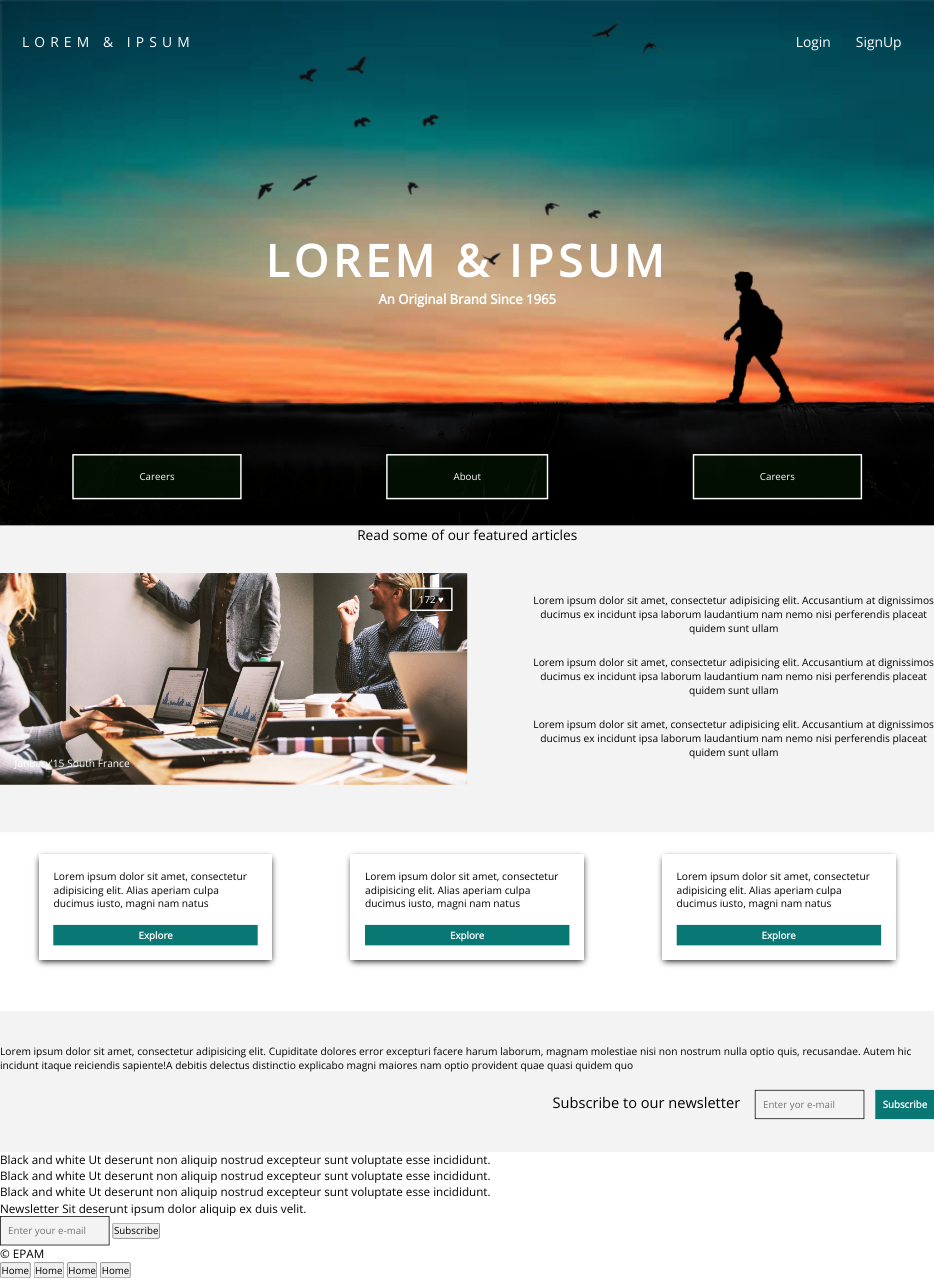
Repository: M1shkaBear/FLX
Page: FLX_homework_4/homework/index.html
An editor plug-in stored every save of this project. The page is shown before and after the next save, followed by the edit.
The browser window is 1280 px wide. The pictures show the whole page, at 73% of full size.

Above is the page before, as saved 2019-01-29 23:08:17.

After the next save:
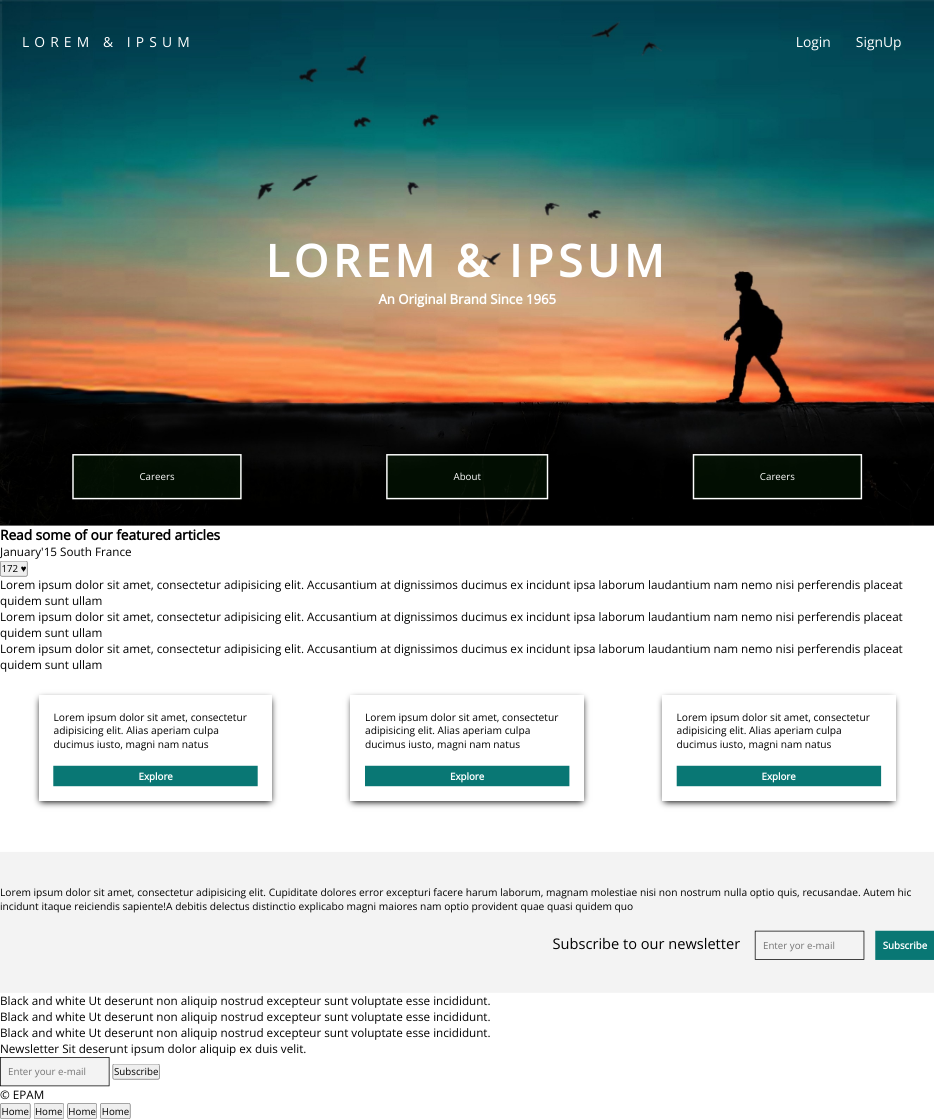
Saved 40 s later.
--- a/FLX_homework_4/homework/index.html
+++ b/FLX_homework_4/homework/index.html
@@ -34,7 +34,7 @@
     </header>
 
     <main class="main">
-      <section id="article-first">
+      <section id="frstarticle">
         <h3>
           Read some of our <span class="text-bold">featured articles</span>
         </h3>

After the save that followed:
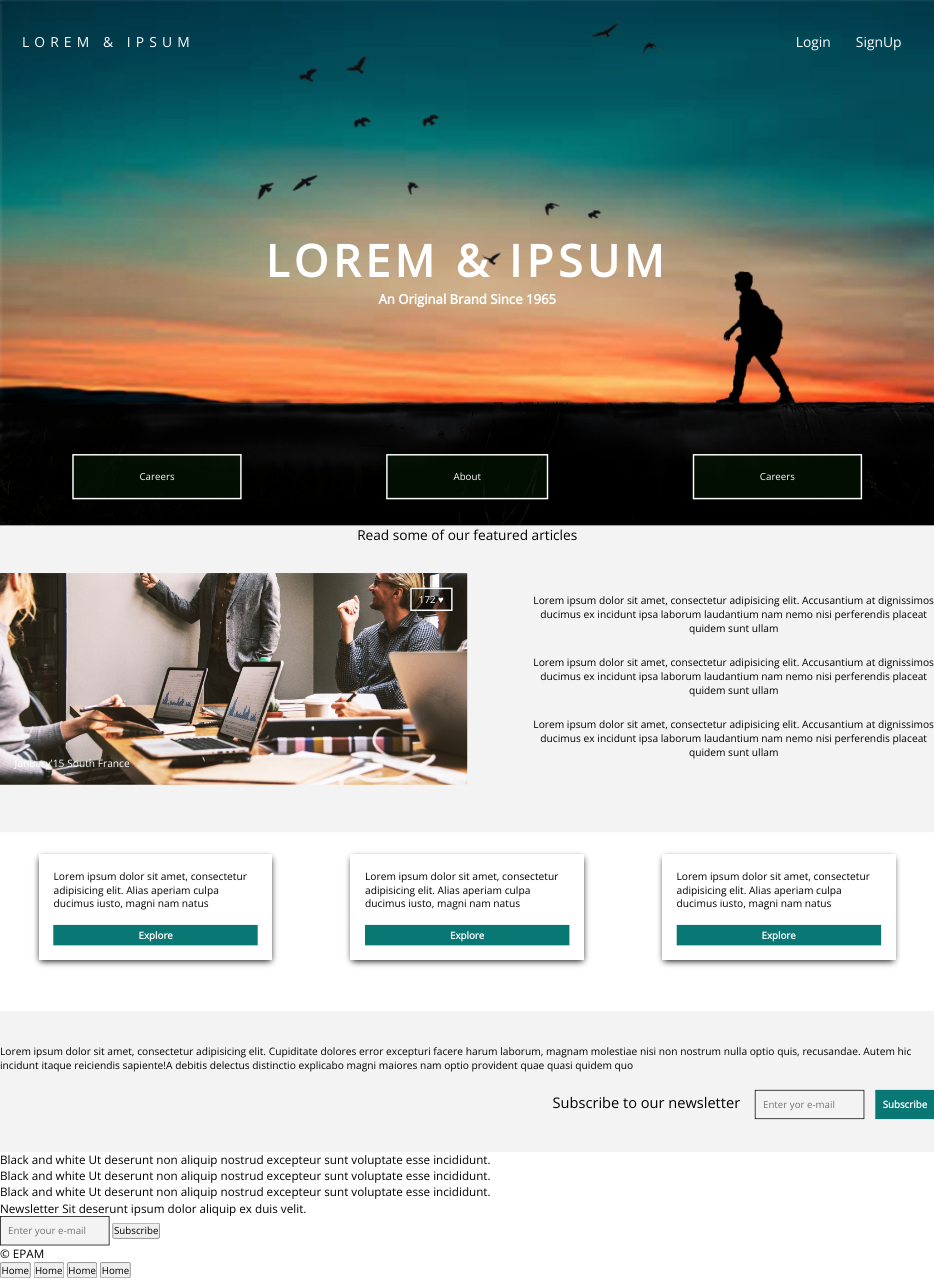
Saved 51 s later.
--- a/FLX_homework_4/homework/css/style.css
+++ b/FLX_homework_4/homework/css/style.css
@@ -60,21 +60,21 @@
   font-size: 18px;
 }
 
-main #article-first {
+main #frstarticle {
   background-color: #f3f3f3;
   padding-bottom: 65px;
 }
-main #article-first h3 {
+main #frstarticle h3 {
   text-align: center;
   font-weight: 100;
   margin-bottom: 40px;
 }
-main #article-first .article-info {
+main #frstarticle .article-info {
   display: flex;
   justify-content: space-between;
   align-items: center;
 }
-main #article-first .article-info .article-img {
+main #frstarticle .article-info .article-img {
   position: relative;
   width: 50%;
   height: 290px;
@@ -83,12 +83,12 @@ main #article-first .article-info .article-img {
   align-items: flex-end;
   padding: 20px;
 }
-main #article-first .article-info .article-img p {
+main #frstarticle .article-info .article-img p {
   color: #fff;
   font-weight: 100;
   font-size: 14px;
 }
-main #article-first .article-info .article-img .btn-like {
+main #frstarticle .article-info .article-img .btn-like {
   position: absolute;
   top: 20px;
   right: 20px;
@@ -98,13 +98,13 @@ main #article-first .article-info .article-img .btn-like {
   padding: 5px 10px;
   cursor: pointer;
 }
-main #article-first .article-info .article-text {
+main #frstarticle .article-info .article-text {
   text-align: center;
   width: 50%;
   padding: 20px 0 0 90px;
   font-size: 14px;
 }
-main #article-first .article-info .article-text p {
+main #frstarticle .article-info .article-text p {
   margin-bottom: 5%;
 }
 main .article-items {
